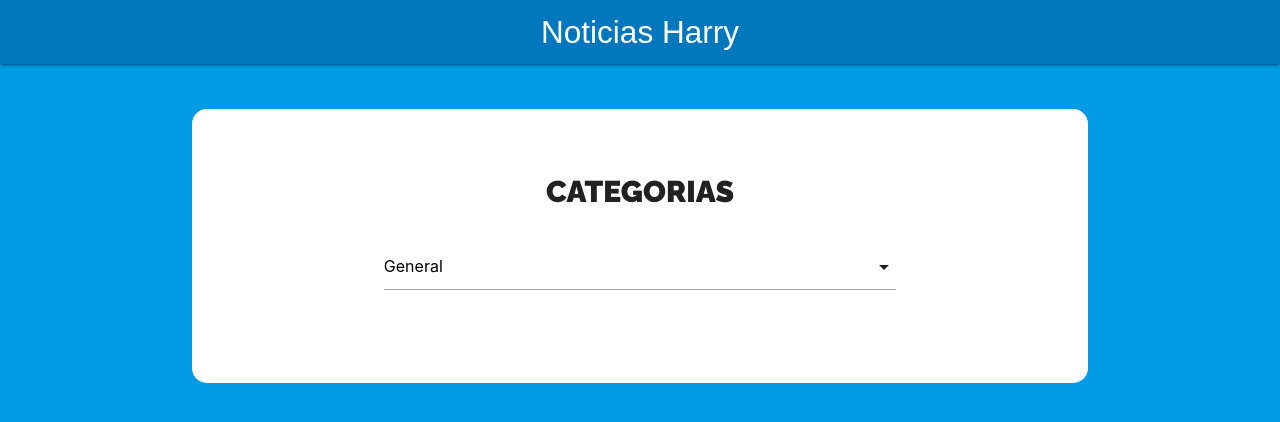
Repository: harrycampaz/news-react
Page: /
An editor plug-in stored every save of this project. The page is shown before and after the next save, followed by the edit.
The browser window is 1280 px wide. The pictures show the whole page.
The page's requests for data from a server got no answer. The project was rebuilt for these pictures with package versions that can differ from the ones it lists, and the page was loaded fresh each time. No one was signed in, and anything a server would have sent is missing. Also part of the build but not shown: src/components/news/News.js.

Above is the page before, as saved 2020-01-17 13:39:22.

### public/index.html
<!DOCTYPE html>
<html lang="en">
  <head>
    <meta charset="utf-8" />
    <link rel="icon" href="%PUBLIC_URL%/favicon.ico" />
    <meta name="viewport" content="width=device-width, initial-scale=1" />
    <meta name="theme-color" content="#000000" />
    <meta
      name="description"
      content="Web site created using create-react-app"
    />
    <link rel="apple-touch-icon" href="%PUBLIC_URL%/logo192.png" />
    <!--
      manifest.json provides metadata used when your web app is installed on a
      user's mobile device or desktop. See https://developers.google.com/web/fundamentals/web-app-manifest/
    -->
    <link rel="manifest" href="%PUBLIC_URL%/manifest.json" />
    <link rel="stylesheet" href="https://cdnjs.cloudflare.com/ajax/libs/materialize/1.0.0/css/materialize.min.css">
    <link href="https://fonts.googleapis.com/css?family=Raleway:700,900" rel="stylesheet">





    <!--
      Notice the use of %PUBLIC_URL% in the tags above.
      It will be replaced with the URL of the `public` folder during the build.
      Only files inside the `public` folder can be referenced from the HTML.

      Unlike "/favicon.ico" or "favicon.ico", "%PUBLIC_URL%/favicon.ico" will
      work correctly both with client-side routing and a non-root public URL.
      Learn how to configure a non-root public URL by running `npm run build`.
    -->
    <title>React App</title>
  </head>
  <body>
    <noscript>You need to enable JavaScript to run this app.</noscript>
    <div id="root"></div>
    <!--
      This HTML file is a template.
      If you open it directly in the browser, you will see an empty page.

      You can add webfonts, meta tags, or analytics to this file.
      The build step will place the bundled scripts into the <body> tag.

      To begin the development, run `npm start` or `yarn start`.
      To create a production bundle, use `npm run build` or `yarn build`.
    -->
    <script src="https://cdnjs.cloudflare.com/ajax/libs/materialize/1.0.0/js/materialize.min.js"></script>
    <script>
     document.addEventListener('DOMContentLoaded', function() {
         var elements = document.querySelectorAll('select');
         M.FormSelect.init(elements);
     });
   </script>
  </body>
</html>

### src/index.css
body {
  margin: 0;
  padding: 0;
  font-family: sans-serif;
}

body {
  background-color: #039be5;
}
.card-content h3 {
  font-size: 1.4rem;
}
.row {
  display: flex;
  flex-wrap: wrap;
}
.contenedor-noticias {
  padding: 2rem;
  border-radius: 1rem;
  margin-top: 3rem;
}

.buscador {
  margin-top: 2rem;
  margin-bottom: 2rem;
  text-align: left;
}
.buscador label {
  font-size: 2rem;
  color: black;
}
.dropdown-content li>span {
  color: black;
}
.select-wrapper input.select-dropdown:focus {
  border-bottom: 1px solid #e64a19!important;
}
h2 {
  font-family: 'Raleway', sans-serif;
  font-weight: 900;
  font-size: 2rem;
  text-transform: uppercase;
  text-align: center;
}

.card-action .btn {
  width: 100%;
}
.enviar input[type="submit"] {
  width: 100%;
}

.fade-enter {
  opacity: 0;
  transform: scale(1.25);
}
.fade-enter.fade-enter-active {
  opacity: 1;
  transition: all .5s ease-in;
  transform: scale(1);
}

.fade-exit {
  opacity: 1;
  transform: scale(1.25);
}
.fade-exit.fade-exit-active {
  opacity: 0;
  transition: all .5s ease-in;
  transform: scale(1);
}

### src/App.js
import React, { Component, Fragment } from 'react';
import Header from './components/Header';
import ListNews from './components/news/ListNews';
import Search from './components/Search';

class App extends Component {

  state = {

    news: []
  }
  async componentDidMount(){

    this.getNoticias();

  }

  getNoticias =  async (category = 'general') => {
    const url = `https://newsapi.org/v2/top-headlines?country=co&category=${category}&apiKey=e2e31acf44744967adbfc05c32672e50`;

    const response = await fetch(url);
    const news = await response.json();

    this.setState({
      news: news.articles
    })
  }

  render() {
    return (

      <Fragment>
      <Header titulo= "Noticias Harry"/>
      <div className ="container white contenedor-noticias">

<Search getNoticias = {this.getNoticias}/>
<ListNews news = {this.state.news}/>

      </div>
      </Fragment>
    );
  }
}

export default App;

### src/components/Header.js
import React from 'react';
import PropTypes from 'prop-types';

const Header = ({titulo}) => {
    return (
        <nav className ="nav-wrapper light-blue darken-3">

    <a href="" className ="brand-logo center"> {titulo}</a>
        </nav>
    );
};


Header.propTypes = {
    titulo: PropTypes.string.isRequired
};

export default Header;

### src/components/news/ListNews.js
import React from 'react';
import News from './News';

const ListNews = ({news}) => {
    return (
        <div className="row">
            {news.map(newsItem => {
               return <News key={newsItem.url} newsItem ={newsItem} />
            })}
        </div>
    );
};

export default ListNews;

### src/components/Search.js
import React, { Component } from 'react';

class Search extends Component {

    state = {
        category: ''
    }

    componentDidMount(){
        this.setState({
            category: 'general'
        })
    }

    handleCategoy = e => {
        this.setState({
            category: e.target.value
        }, ()=> {
            this.props.getNoticias(this.state.category);
        })

        //enviarlo a la princiale

    }

    render() {
        return (
            <div className="buscardor row">
                <div className = "col s12 m8 offset-m2">
                    <form>
                        <h2>
                            Categorias
                        </h2>

                        <div className ="input-field col s12">

                            <select onChange={this.handleCategoy} >
                                <option value = "general">General</option>
                                <option value = "business">Business</option>
                                <option value = "entertainment">Entertainment</option>
                                <option value = "health">Health</option>
                                <option value = "science">Science</option>
                                <option value = "sports">Sports</option>
                                <option value = "technology">Technology</option>
                            </select>

                        </div>
                    </form>
                </div>


            </div>
        );
    }
}

export default Search;

Loaded but not shown: src/index.js (common file); src/serviceWorker.js (common file)

After the next save:
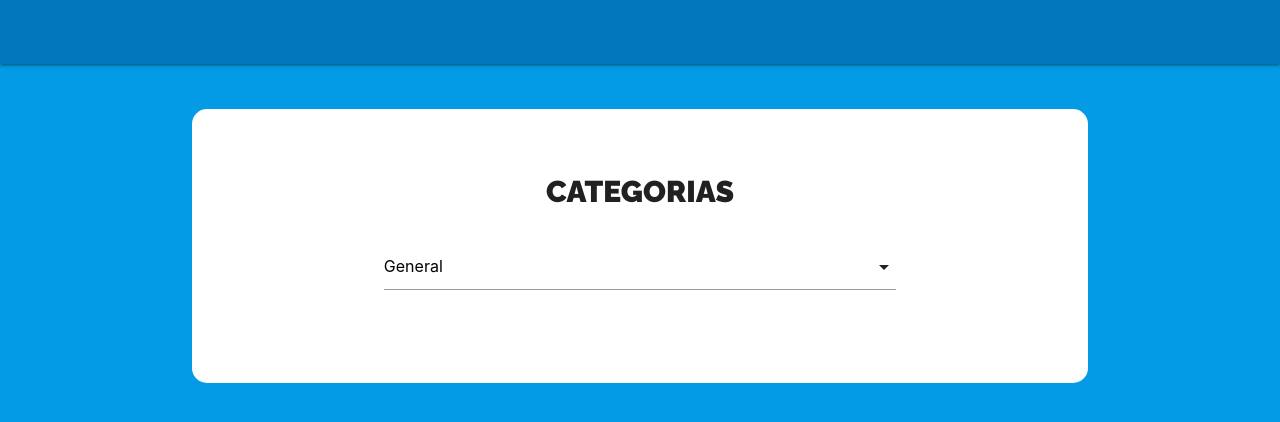
Saved 19 s later.
--- a/src/App.js
+++ b/src/App.js
@@ -30,7 +30,7 @@
     return (
 
       <Fragment>
-      <Header titulo= "Noticias Harry"/>
+      <Header />
       <div className ="container white contenedor-noticias">
 
 <Search getNoticias = {this.getNoticias}/>

After the save that followed:
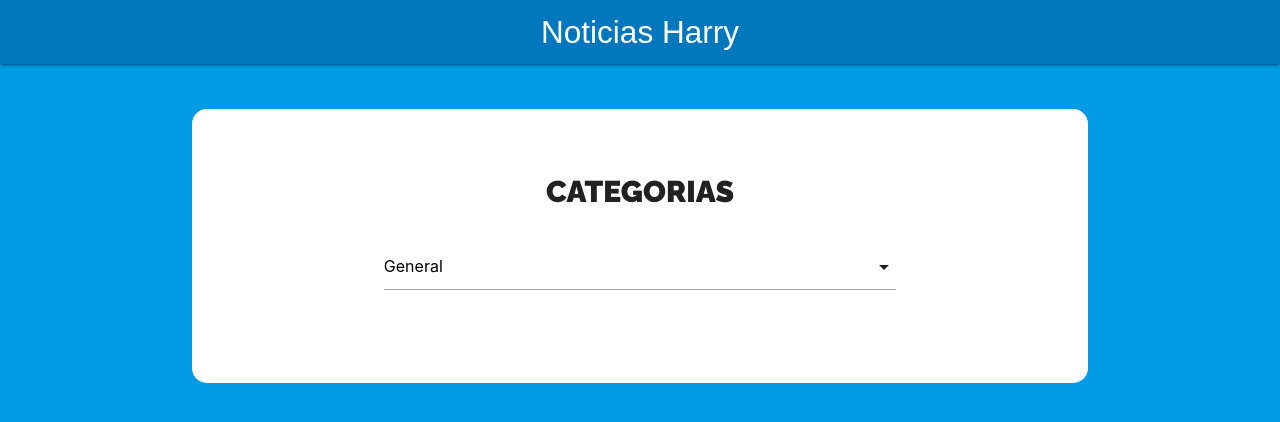
Saved 6 s later.
--- a/src/App.js
+++ b/src/App.js
@@ -30,7 +30,7 @@
     return (
 
       <Fragment>
-      <Header />
+      <Header titulo= "Noticias Harry"/>
       <div className ="container white contenedor-noticias">
 
 <Search getNoticias = {this.getNoticias}/>
